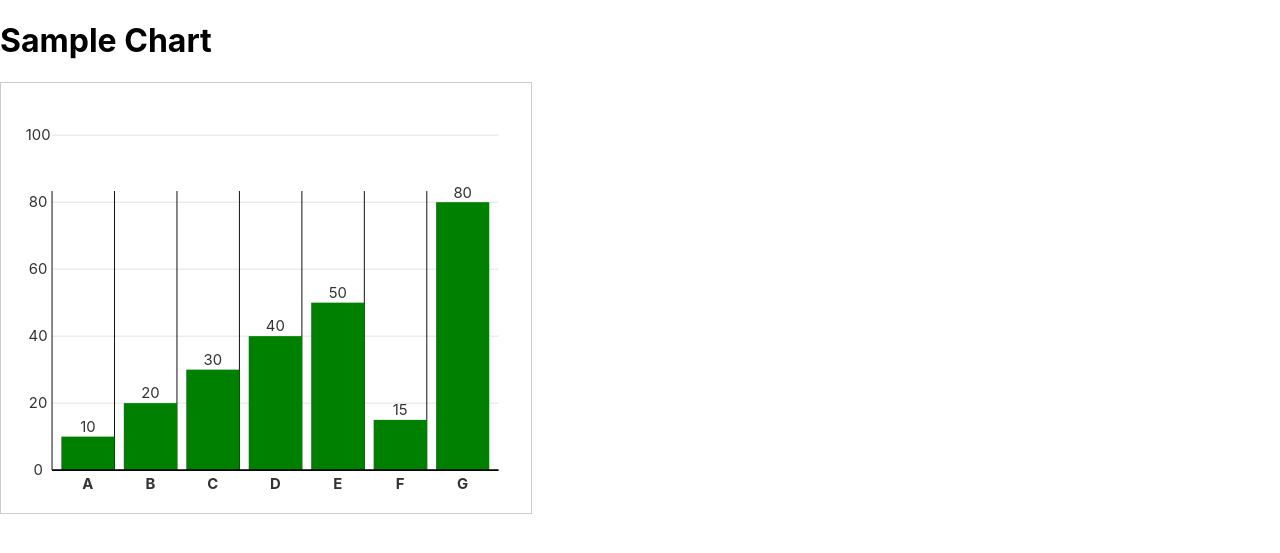
Repository: CaptainJang316/GChart
Page: /
The author's editor kept a copy of each file at every save. The page is drawn from the files as they stood at one save, then again after a run of saves.
The browser window is 1280 px wide. The pictures show the whole page.
The project was rebuilt for these pictures with package versions that can differ from the ones it lists, and the page was loaded fresh each time. Also part of the build but not shown: src/App.css.

Above is the page before, as saved 2024-11-09 17:59:17.

After the next 2 saves:
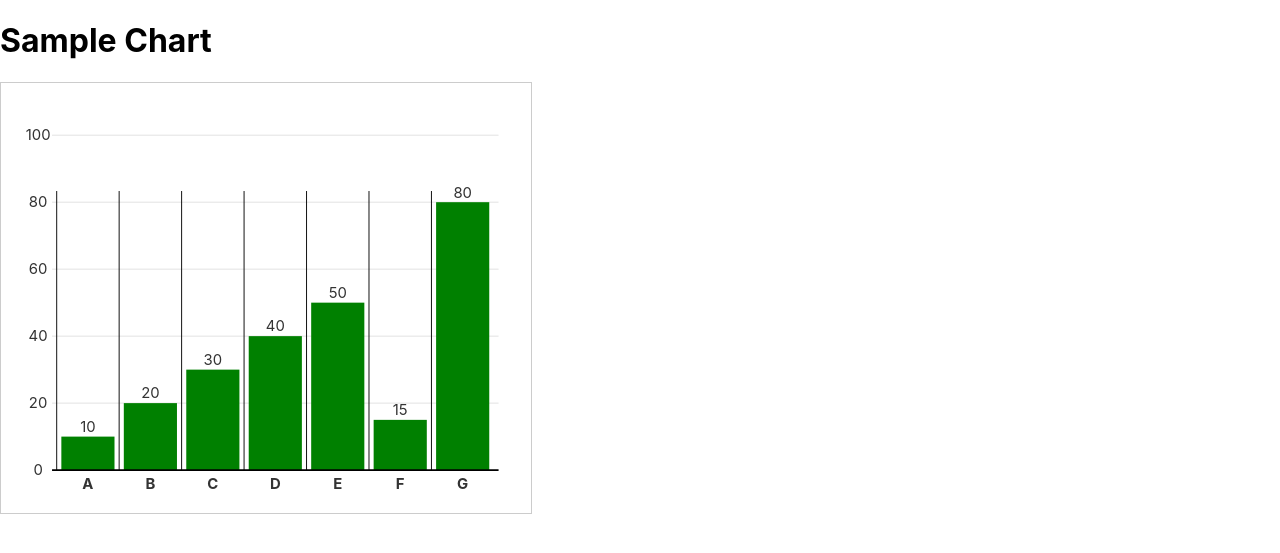
The 2 saves are shown as one change because they came seconds apart.
The last was saved 51 s later.
--- a/src/components/Chart/BarChart.tsx
+++ b/src/components/Chart/BarChart.tsx
@@ -61,9 +61,9 @@ const BarChart: React.FC<Option> = ({
                     {gridLines.vertical.map((el: { id: React.Key | null | undefined; x1: number ; y1: number ; x2: number ; y2: number; }, index: number) => (
                         <line
                             key={el.id}
-                            x1={barWidth * index + 20}
+                            x1={barWidth * index + 25}
                             y1={height}
-                            x2={barWidth * index + 20}
+                            x2={barWidth * index + 25}
                             y2={100}
                             stroke="black"
                             // strokeDasharray="4 4"
